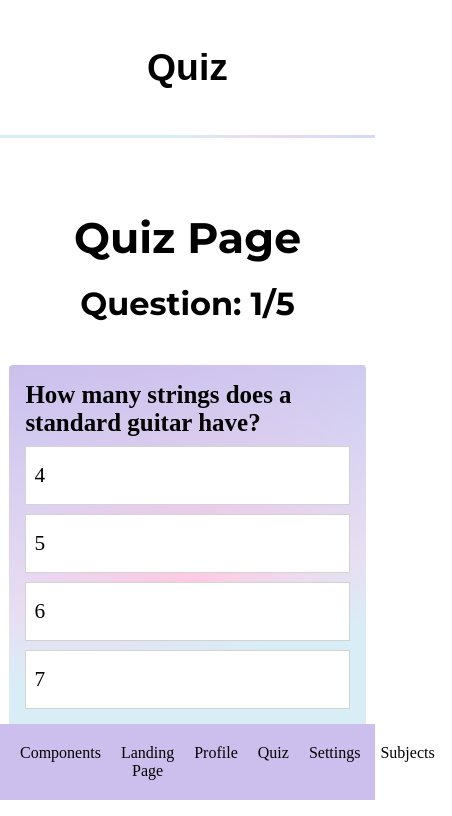
Repository: 1medi/pocketprof
Page: /quiz/page
These files come from the project's save history. The page is drawn as it stood at one moment and after the next save; the edit follows.
The browser window is 375 px wide. The page is 375 px wide, then 452 px, then 375 px, so the pictures cover 452 px, including what lies to the right of the window. The pictures show the whole page.
The project was rebuilt for these pictures with package versions that can differ from the ones it lists, and the page was loaded fresh each time. The framework's server and built-in components were replaced by stand-ins that run in the browser. Also part of the build but not shown: next.config.mjs, Components/Buttons/Oscar/Oscar.module.css, Components/Buttons/Oscar/index.js.

Above is the page before, as saved 2024-04-13 21:04:13.

### pages/quiz/page.jsx
'use client';
import React, { useState, useRef, useEffect } from 'react';
import { quiz } from "../data"
import styles from "./page.module.css"
import { Montserrat } from "next/font/google"
import Header from '@/Components/Header';
import NavBar from "@/Components/Navbar"


const notoSans = Montserrat({
  subsets: ['latin'],
});

export default function Page() {
  const [activeQuestion, setActiveQuestion] = useState(0);
  const [selectedAnswer, setSelectedAnswer] = useState('');
  const [checked, setChecked] = useState(false);
  const [selectedAnswerIndex, setSelectedAnswerIndex] = useState(null);
  const [showResult, setShowResult] = useState(false);
  const [result, setResult] = useState({
    score: 0,
    correctAnswers: 0,
    wrongAnswers: 0,
  });

  const nextButtonRef = useRef(null);

  const { questions } = quiz;
  const { answers, correctAnswer } = questions[activeQuestion];

  const onAnswerSelected = (answer, idx, event = null) => {
    if (event && event.type === 'keydown' && (event.key !== 'Enter' && event.key !== ' ')) {
      return;
    }
    setChecked(true);
    setSelectedAnswerIndex(idx);
    if (answer === correctAnswer) {
      setSelectedAnswer(true);
      console.log('true');
    } else {
      setSelectedAnswer(false);
      console.log('false');
    }
  };


  useEffect(() => {
    if (checked && nextButtonRef.current) {
      nextButtonRef.current.focus();
    }
  }, [checked]);

  const nextQuestion = () => {
    setSelectedAnswerIndex(null);
    setResult((prev) =>
      selectedAnswer
        ? {
            ...prev,
            score: prev.score + 5,
            correctAnswers: prev.correctAnswers + 1,
          }
        : {...prev,
            wrongAnswers: prev.wrongAnswers + 1,
          }
    );
    if (activeQuestion !== questions.length - 1) {
      setActiveQuestion((prev) => prev + 1);
    } else {
      setActiveQuestion(0);
      setShowResult(true);
    }
    setChecked(false);
  };

  return (
    <>
    <Header name="Quiz"/>
      <div className={`${styles.container}`}>
      <h1 className={styles.title}>Quiz Page</h1>
      <div>
        <h2 className={styles.activeQ}>
          Question: {activeQuestion + 1}
          <span>/{questions.length}</span>
        </h2>
      </div>
      <div>
        {!showResult ? (
          <div className={styles.quizContainer}>
            <h3 className={styles.question}>{questions[activeQuestion].question}</h3>
            {answers.map((answer, idx) => (
              <li
                key={idx}
                onClick={() => onAnswerSelected(answer, idx)}
                onKeyDown={(event) => onAnswerSelected(answer, idx, event)}
                className={`${styles.answerList} ${selectedAnswerIndex === idx ? styles.itemSelected : styles.itemHover}`}
                tabIndex={0}>
                <span>{answer}</span>
              </li>
            ))}

            <button
              ref={nextButtonRef}
              onClick={nextQuestion}
              className={checked ? styles.btn : styles.btnDisabled}
              tabIndex={2}
              disabled={!checked}>
              {activeQuestion === questions.length - 1 ? 'Finish' : 'Next'}
            </button>
          </div>
        ) : (
          <div className={styles.quizContainer}>
            <h3 className={styles.hthree}>Results</h3>
            <h3 className={styles.hthree}>Overall {(result.score / (questions.length * 5)) * 100}%</h3>
            <p className={styles.paragraph}>
              Total Questions: <span>{questions.length}</span>
            </p>
            <p className={styles.paragraph}>
              Total Score: <span>{result.score}</span>
            </p>
            <p className={styles.paragraph}>
              Correct Answers: <span>{result.correctAnswers}</span>
            </p>
            <p className={styles.paragraph}>
              Wrong Answers: <span>{result.wrongAnswers}</span>
            </p>
            <button className={styles.btn} onClick={() => window.location.reload()}>Restart</button>
          </div>
        )}
      </div>
    </div>
    <NavBar/>
    </>

  );
};

### styles/globals.css
:root {
background-color: white;
align-content: center;
--main-color-purple: #53239B;
--main-color-lightpurple: #CCBFED;
--secondary-color-blue: #9AB7F9;
--secondary-color-lightblue: #CCE3FB;

--font-header: 34pt ;
--font-section-header: 28pt;
--font-sub-header: 24pt;
--font-button: 16pt;
--font-body: 16pt;
--font-secondary: 14pt;
--font-tertiary:12pt;

--headings: "mont", sans-serif;
--body-text: "Noto Sans", sans-serif;

}


* {
    padding: 0;
    margin: 0;
  }

  ol,
  ul {
    list-style: none;
  }

### pages/data.js
export const quiz = {
    totalQuestions: 5,
    questions: [
      {
        id: 1,
        question: 'How many strings does a standard guitar have?',
        answers: ['4', '5', '6', '7'],
        correctAnswer: '6',
      },
      {
        id: 2,
        question: 'Which part of the guitar do you strum or pluck the strings with?',
        answers: ['Headstock', 'Fretboard', 'Body', 'Bridge'],
        correctAnswer: 'Body',
      },
      {
        id: 3,
        question: 'What is a pick used for in playing the guitar?',
        answers: ['Holding the strings down', 'Strumming or plucking the strings', 'Keeping the guitar in tune', 'San Marino'],
        correctAnswer: 'Strumming or plucking the strings',
      },
      {
        id: 4,
        question: 'What is the name of the thickest string on the guitar?',
        answers: ['A string', 'E string', 'D string', 'G string'],
        correctAnswer: 'E string',
      },
      {
        id: 5,
        question: 'Where do you place your fingers to play different notes on the guitar?',
        answers: ['On the body', 'On the headstock', 'On the strings over the fretboard', 'On the tuning pegs'],
        correctAnswer: 'On the strings over the fretboard',
      },
    ],
  };

### pages/quiz/page.module.css

@media only screen and (max-width:431px) {
  .container{
  padding: 1rem 0;
  background-color: white;
  width: 95%;
  margin: auto;
  margin-top: 3rem;
  border-radius: 5px;
  font-size: var(--font-body);

}

.title,
.activeQ{
  color: black;
  text-align: center;
  padding:10px;
  font-family: "Montserrat", "sans-serif";
}

.hthree {
  padding-bottom: 2rem;
  color: #000105;
  font-size: 1.8rem;
}

.btn {
  padding: 16px 8px;
  width: 100%;
  margin-top: 12px;
  font-size: 1rem;
  border-radius: 4px;
  cursor: pointer;
  background-color: var(--main-color-purple);
  color: #f8f8f8;
}

.btnDisabled {
  background-color: lightgray;
  padding: 16px 8px;
  width: 100%;
  margin-top: 12px;
  font-size: 1rem;
  border-radius: 4px;
  color: darkgray;

}

.answerList {
  list-style-type: none;
  cursor: pointer;
  margin: 9px 0;
  padding: 16px 8px;
  color: #000105;
  border: 1px solid lightgray;
  background-color: white;
}

.itemHover:hover {
  background-color: #CCBFED;
  columns: #fff;
}

.itemSelected {
  color: #474747;
  background-color:#8E71D5;
}

.quizContainer {
  background: linear-gradient(-10deg, #d9edf7 35%, rgba(237, 202, 216, 0) 50%, var(--main-color-lightpurple)), radial-gradient(circle, #ffcae1 0, #daeafc 100%);
  padding: 1rem;
  margin-top: 2rem;
  border-radius: 4px;
}

.paragraph {
  padding: 8px 0;
}

}

### Components/Header/index.js
import styles from "@/Components/Header/Header.module.css"
import Link from "next/link"
import { Montserrat } from "next/font/google"

const montserrat = Montserrat({
  subsets: ['latin'],
});
export default function Header({name}){
  return (
    <>
    <header className={styles.header}>

      <h1 className={styles.headerTitle}>{name}</h1>
    </header>
    </>
  )
}

### Components/Navbar/index.js
import styles from "./Navbar.module.css"
import Oscar from "@/Components/Buttons/Oscar"
import Link from "next/link"

export default function NavBar() {
  return (
    <nav className={styles.nav}>
        <div className={styles.navContainer}>
          <ul className={styles.navOptions}>
            <li className={styles.navLink}>
            <Link href={'/Components'} className={styles.navText}>Components </Link>
            </li>
            <li className={styles.navLink}>
            <Link href={'/LandingPage'} className={styles.navText}>Landing Page </Link>
            </li>
            <li className={styles.navLink}>
            <Link href={'/Profile'} className={styles.navText}>Profile </Link>
            </li>
            <li className={styles.navLink}>
            <Link href={'/QuizPage'} className={styles.navText}>Quiz</Link>
            </li>
            <li className={styles.navLink}>
            <Link href={'/Settings'} className={styles.navText}>Settings</Link>
            </li>
            <li className={styles.navLink}>
            <Link href={'/Subjects'} className={styles.navText}>Subjects</Link>
            </li>
          </ul>

        </div>
    </nav>
  )
}

### Components/Header/Header.module.css
.header{
  max-height: 400;
  height: 6em;
  position: relative;
  padding: 1.3rem;
  backdrop-filter: blur(10px);
  }

  .header::before {
    content: "";
    position: absolute;
    inset: 0;
    border-bottom: 3px solid transparent;
    background: linear-gradient(140deg,  #d9edf7 35%, rgba(237, 202, 216, 0) 50%, var(--main-color-lightpurple)), radial-gradient(circle, #ffcae1 0, #daeafc 100%) border-box;
    mask: linear-gradient(#fff 0 0) padding-box, linear-gradient(#fff 0 0);
    mask-composite: exclude;
  }


.headerTitle{
  text-align: center;
  margin:auto;
  display: flex;
  justify-content: center;
  color: black;
  padding-top: 25px;
  font-family: var(--headings);
  font-size: var(--font-section-header);
}

### Components/Navbar/Navbar.module.css
@media only screen and (max-width:430px) {
  .nav {
  position: fixed;
  bottom: 0;
  left: 0;
  width: 100%;
  display: flex;
  flex-direction: row;
  background-color:var(--main-color-lightpurple);
  justify-content: space-around;
}

.navContainer{
  position: relative;
  justify-content: space-around;
  width: 100%;
}
.buttonContainer{
  padding:10px;

}

.navOptions{
  display: flex;
  flex-direction: row;
  text-align: center;
  justify-content: space-around;
  padding: 10px;
  text-decoration: none;
}

.navLink{
  padding: 10px;
  border-radius: 10px;
  text-decoration: none;
  list-style: none;
  position: relative;
  justify-content: center;
}

.image:hover{
  background-color: #8b82a4;
}

.navText{
  text-decoration: none;
  list-style: none;
  color:black;
}

.navText:visited{
  text-decoration: none;
  list-style: none;
  color: black;
}
}

Loaded but not shown: pages/_app.js (common file); pages/_document.js (common file)

After the next save:
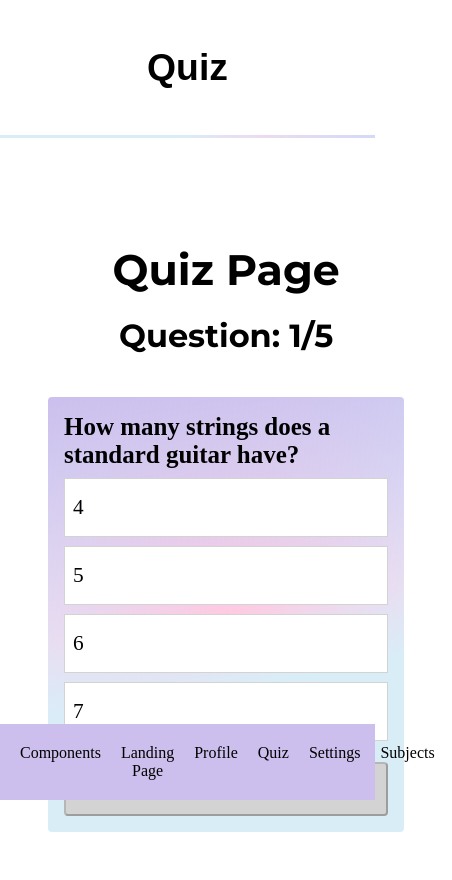
Saved 17 s later.
--- a/pages/quiz/page.module.css
+++ b/pages/quiz/page.module.css
@@ -1,7 +1,7 @@
 
 @media only screen and (max-width:431px) {
   .container{
-  padding: 1rem 0;
+  padding: 3rem;
   background-color: white;
   width: 95%;
   margin: auto;

After the save that followed:
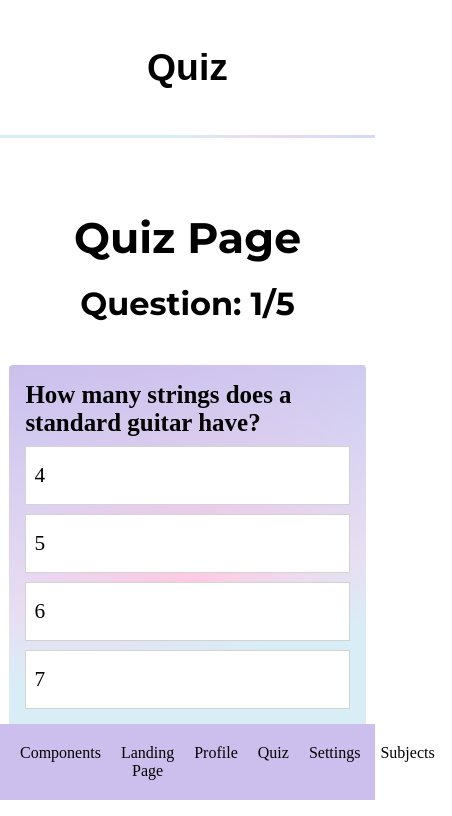
Saved 16 s later.
--- a/pages/quiz/page.module.css
+++ b/pages/quiz/page.module.css
@@ -1,7 +1,7 @@
 
 @media only screen and (max-width:431px) {
   .container{
-  padding: 3rem;
+  padding: 1rem 0;
   background-color: white;
   width: 95%;
   margin: auto;
